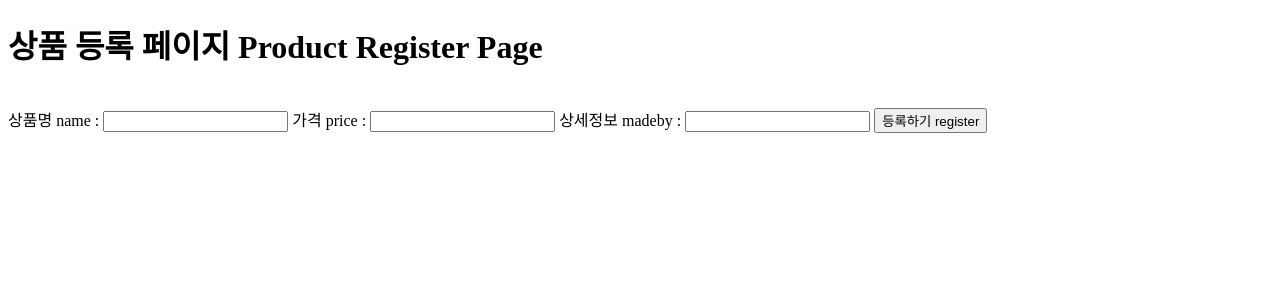
Repository: WoodongMaster/JSP_Workspace
Page: http://localhost/jsp_study/register.jsp
An editor plug-in stored every save of this project. The page is shown before and after the next save, followed by the edit.
The browser window is 1280 px wide. The pictures show the whole page.
The page is served by Tomcat 9. Other server files are loaded and not shown.

Above is the page before, as saved 2023-05-11 01:24:43.

### jsp_project1/jsp_study/src/main/webapp/register.jsp
<%@ page language="java" contentType="text/html; charset=UTF-8"
    pageEncoding="UTF-8"%>
<!DOCTYPE html>
<html>
<head>
<meta charset="UTF-8">
<title>상품등록페이지</title>
</head>
<body>
	<h1>상품 등록 페이지 Product Register Page</h1>
	<br>

	<form action="insert.pd" method="post">
		상품명 name : <input type="text" name="pname">
		가격 price : <input type="text" name="price">
		상세정보 madeby : <input type="text" name="madeby">

		<button type="submit">등록하기 register</button>
	</form>
</body>
</html>

After the next save:
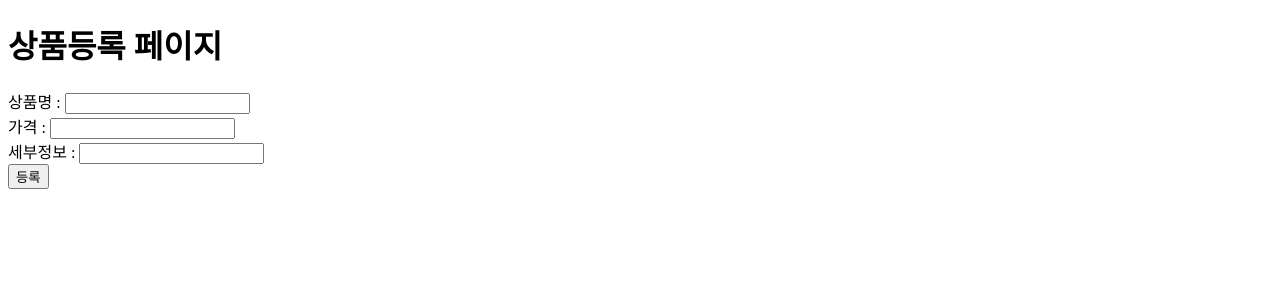
Saved 27 s later.
--- a/jsp_project1/jsp_study/src/main/webapp/register.jsp
+++ b/jsp_project1/jsp_study/src/main/webapp/register.jsp
@@ -4,18 +4,15 @@
 <html>
 <head>
 <meta charset="UTF-8">
-<title>상품등록페이지</title>
+<title>상품등록 페이지</title>
 </head>
 <body>
-	<h1>상품 등록 페이지 Product Register Page</h1>
-	<br>
-
+<h1>상품등록 페이지</h1>
 	<form action="insert.pd" method="post">
-		상품명 name : <input type="text" name="pname">
-		가격 price : <input type="text" name="price">
-		상세정보 madeby : <input type="text" name="madeby">
-
-		<button type="submit">등록하기 register</button>
+		상품명 : <input type="text" name="pname"><br>
+		가격 : <input type="text" name="price"><br>
+		세부정보 : <input type="text" name="madeby"><br>
+		<button type="submit">등록</button>
 	</form>
 </body>
 </html>
